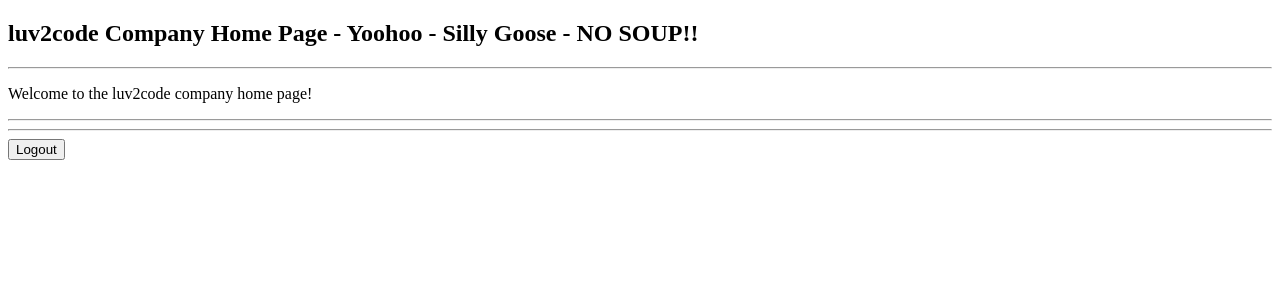
Repository: shinjuno123/spring-security
Page: http://localhost/spring-security-demo-07-user-roles/WEB-INF/view/home.jsp
The author's editor kept a copy of each file at every save. The page is drawn from the files as they stood at one save, then again after the next save.
The browser window is 1280 px wide. The pictures show the whole page.
The page is served by Tomcat 9. Nobody is signed in. The template is opened directly, without the code that normally fills it, so the values that code supplies are empty.

Above is the page before, as saved 2023-01-11 17:10:52.

After the next save:
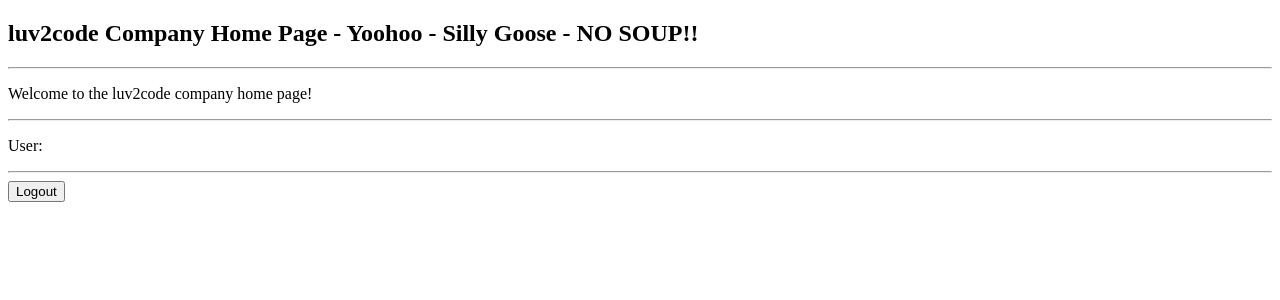
Saved 32 s later.
--- a/spring-security-demo-07-user-roles/src/main/webapp/WEB-INF/view/home.jsp
+++ b/spring-security-demo-07-user-roles/src/main/webapp/WEB-INF/view/home.jsp
@@ -17,6 +17,9 @@
 	<hr>
 
 	<!-- display user name and role -->
+	<p>
+		User: <security:authentication property="principal.username"/>
+	</p>
 
 	<hr>
 
